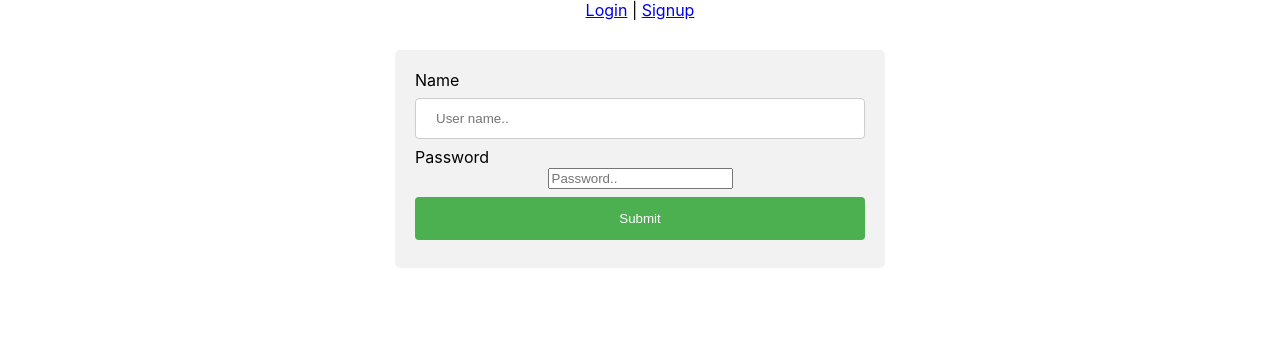
Repository: kothaweb/reactdemosite
Page: /Login
An editor plug-in stored every save of this project. The page is shown before and after the next save, followed by the edit.
The browser window is 1280 px wide. The pictures show the whole page.
The project was rebuilt for these pictures with package versions that can differ from the ones it lists, and the page was loaded fresh each time. Also part of the build but not shown: src/Signup-form.js.

Above is the page before, as saved 2021-12-01 17:24:12.

### src/App.css
.App {
  text-align: center;
}

.App-logo {
  height: 40vmin;
  pointer-events: none;
}

@media (prefers-reduced-motion: no-preference) {
  .App-logo {
    animation: App-logo-spin infinite 20s linear;
  }
}

.App-header {
  background-color: #282c34;
  min-height: 100vh;
  display: flex;
  flex-direction: column;
  align-items: center;
  justify-content: center;
  font-size: calc(10px + 2vmin);
  color: white;
}

.App-link {
  color: #61dafb;
}

@keyframes App-logo-spin {
  from {
    transform: rotate(0deg);
  }
  to {
    transform: rotate(360deg);
  }
}
.logindiv label{
  text-align: left;
width: 100%;
display: block;
}
.logindiv input[type=text], select {
  width: 100%;
  padding: 12px 20px;
  margin: 8px 0;
  display: inline-block;
  border: 1px solid #ccc;
  border-radius: 4px;
  box-sizing: border-box;
}

.logindiv input[type=submit] {
  width: 100%;
  background-color: #4CAF50;
  color: white;
  padding: 14px 20px;
  margin: 8px 0;
  border: none;
  border-radius: 4px;
  cursor: pointer;
}

.logindiv input[type=submit]:hover {
  background-color: #45a049;
}

.logindiv {
  border-radius: 5px;
  background-color: #f2f2f2;
  padding: 20px;
  width: 450px;
  margin: 30px auto;

}

### src/Loginpage.js
import { render } from "@testing-library/react";
import React, { useState } from "react";

const Loginform = () => {
  const [data, setData] = useState({
    userName: "",
    password: "",
  });
  const { username, password } = data;

  return (
    <div className="logindiv">
      <form action="/action_page.php">
        <label for="fname">Name</label>
        <input
          type="text"
          name="username"
          placeholder="User name.."
          value={username}
        />

        <label for="lname">Password</label>
        <input
          type="password"
          name="password"
          placeholder="Password.."
          value={password}
        />

        <input type="submit" value="Submit" />
      </form>
    </div>
  );
};

export default Loginform;

Loaded but not shown: public/index.html (common file); src/index.js (common file); src/index.css (common file); src/App.js (common file); src/reportWebVitals.js (common file)

After the next save:
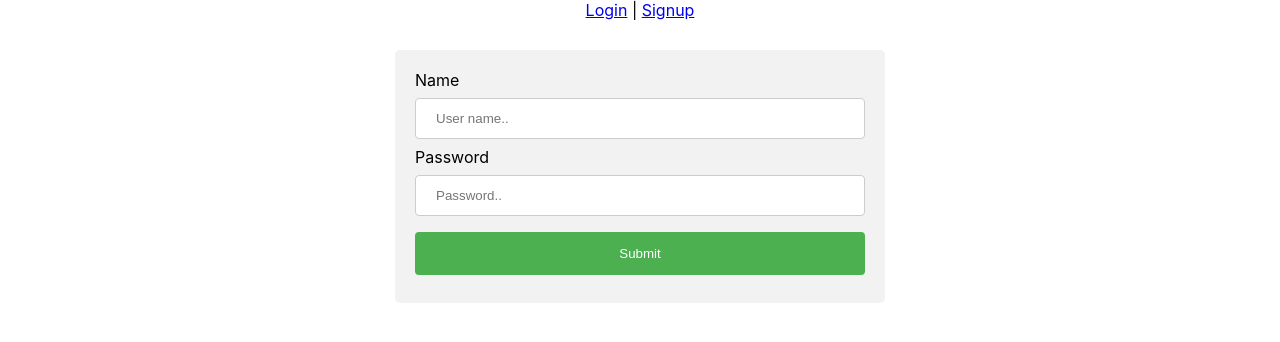
Saved 39 s later.
--- a/src/App.css
+++ b/src/App.css
@@ -41,7 +41,7 @@
 width: 100%;
 display: block;
 }
-.logindiv input[type=text], select {
+.logindiv input[type=text], .logindiv input[type=password] {
   width: 100%;
   padding: 12px 20px;
   margin: 8px 0;
